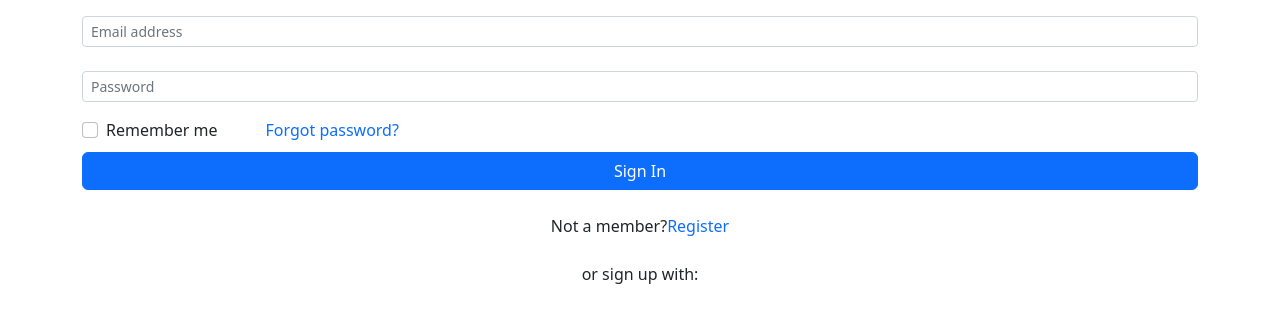
Repository: NPhanA/React2022
Page: / (app in Day 03-React/exercise/)
The author's editor kept a copy of each file at every save. The page is drawn from the files as they stood at one save, then again after the next save.
The browser window is 1280 px wide. The pictures show the whole page.
The project was rebuilt for these pictures with package versions that can differ from the ones it lists, and the page was loaded fresh each time. Also part of the build but not shown: Day 03-React/exercise/src/App.css, Day 03-React/exercise/src/App.js, Day 03-React/exercise/src/Components/UserAgent.js, Day 03-React/exercise/src/Components/ProfileCard.js.

Above is the page before, as saved 2022-07-26 22:31:19.

### Day 03-React/exercise/src/index.js
import React from 'react';
import ReactDOM from 'react-dom/client';
import './index.css';
import App from './App';
import reportWebVitals from './reportWebVitals';
import 'bootstrap/dist/css/bootstrap.min.css';
import {createRoot} from 'react-dom/client';
import UserAgent from './Components/UserAgent';
import App1 from './Components/ProfileCard';
import ProfileCard from './Components/ProfileCard';
import SignInForm from './Components/SignInForm';
const container = document.getElementById('root');
const root = createRoot(container);
root.render(<SignInForm />);

### Day 03-React/exercise/src/Components/SignInForm.js
function SignInForm() {
    return (
        <div className="container ">
            <div className="row justify-content-center ">
                <div className="col-xs-12 col-xxl-4">
                <form className="form-inline">
                    <div className="col-xs-12 col-xxl-12">
                        <input type="email" className="form-control form-control-sm mt-3 mb-4" placeholder="Email address" required></input>
                        <input type="password" className="form-control form-control-sm" placeholder="Password" required></input>
                    </div>
                    <div class="form-check mt-3 ">
                        <input className="form-check-input" type="checkbox" value="" id="flexCheckDefault"></input>
                        <label class="form-check-label" for="flexCheckDefault">
                            Remember me
                        </label>
                        <span className="text-primary ms-5">Forgot password?</span>
                    </div>
                    <div class="d-grid gap-2">
                        <button class="btn btn-primary mt-2" type="button">Sign In</button>
                    </div>
                    <p className="text-center mt-4">Not a member?<a href="#" className="text-decoration-none">Register</a></p>
                    <p className="text-center mt-4">or sign up with:</p>
                </form>
                </div>
            </div>
        </div>
    );
}

export default SignInForm;

Loaded but not shown: Day 03-React/exercise/public/index.html (common file); Day 03-React/exercise/src/index.css (common file); Day 03-React/exercise/src/reportWebVitals.js (common file)

After the next save:
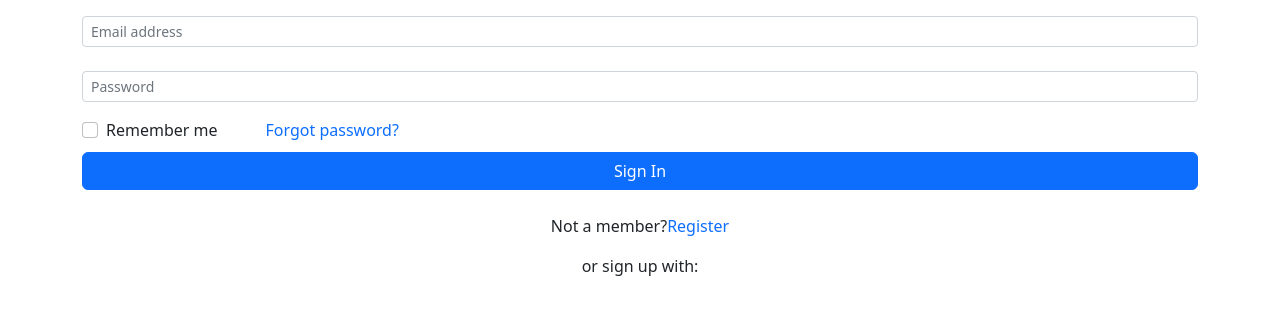
Saved 8 s later.
--- a/Day 03-React/exercise/src/Components/SignInForm.js
+++ b/Day 03-React/exercise/src/Components/SignInForm.js
@@ -19,7 +19,7 @@ function SignInForm() {
                         <button class="btn btn-primary mt-2" type="button">Sign In</button>
                     </div>
                     <p className="text-center mt-4">Not a member?<a href="#" className="text-decoration-none">Register</a></p>
-                    <p className="text-center mt-4">or sign up with:</p>
+                    <p className="text-center mt-2">or sign up with:</p>
                 </form>
                 </div>
             </div>
